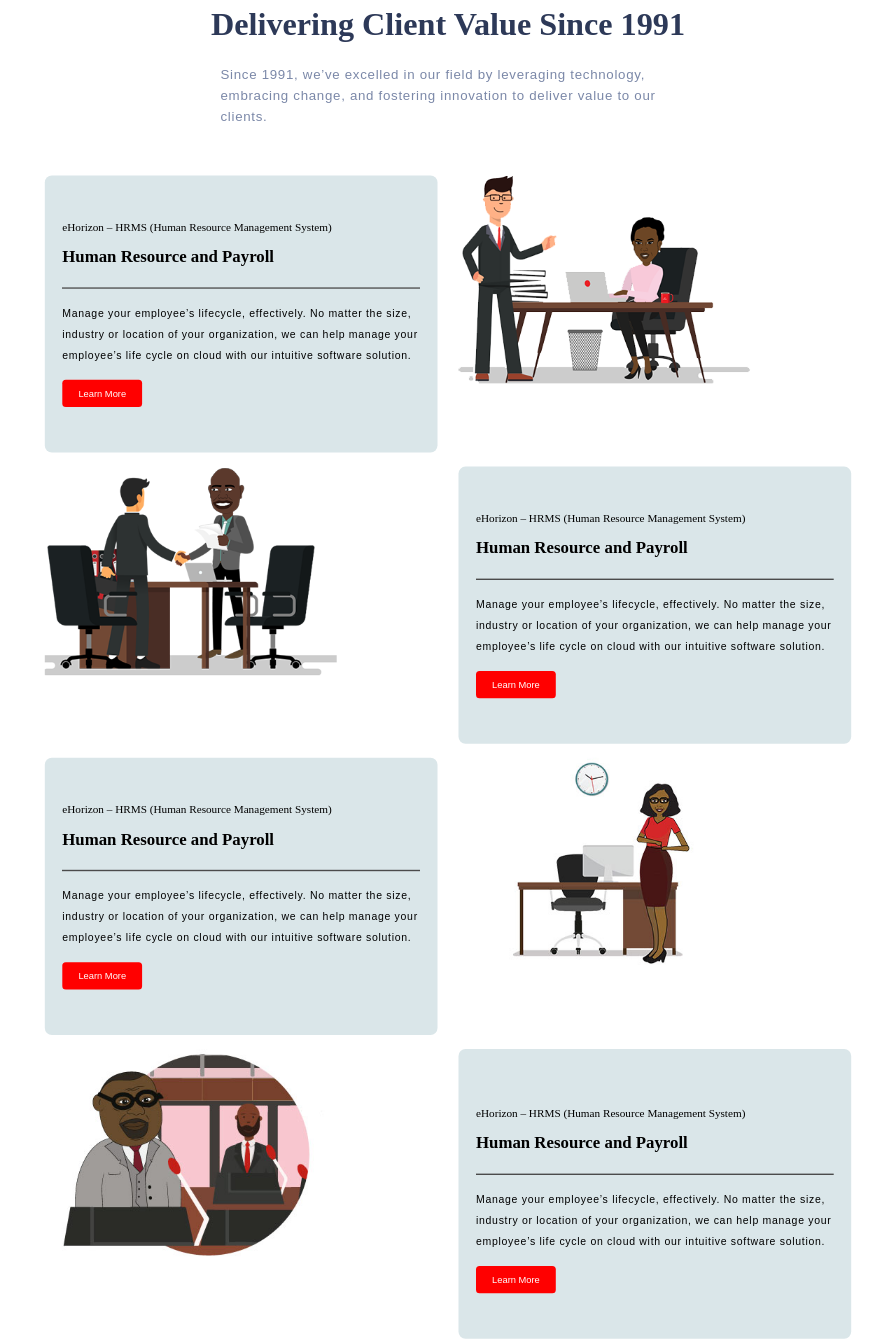
Repository: Kaleidiana/IST
Page: home.html
These files come from the project's save history. The page is drawn as it stood at one moment and after a run of saves; the edit follows.
The browser window is 1280 px wide. The pictures show the part of the page from y = 722 to 2642 px (the page is 4430 px tall before and 5246 px after), at 70% of full size.

Above is the page before, as saved 2024-03-20 12:12:32.

### home.html
<!DOCTYPE html>
<html lang="en">

<head>
    <meta charset="UTF-8">
    <meta name="viewport" content="width=device-width, initial-scale=1.0">
    <title>Document</title>
    <link rel="stylesheet" href="home.css">
    <link rel="stylesheet" href="https://cdnjs.cloudflare.com/ajax/libs/font-awesome/6.5.1/css/all.min.css" integrity="sha512-DTOQO9RWCH3ppGqcWaEA1BIZOC6xxalwEsw9c2QQeAIftl+Vegovlnee1c9QX4TctnWMn13TZye+giMm8e2LwA==" crossorigin="anonymous" referrerpolicy="no-referrer"
    />
</head>

<body>
    <!--------home section -->
    <div id="home">
        <div class="container">
            <div class="header">
                <nav>
                    <img class="logo" src="./images/logo.png" alt="">
                    <ul>
                        <li><a style="color: red;" href="#">Home</a></li>
                        <li><a href="#">About Us</a></li>
                        <li>
                            <a href="#">Our products</a>
                            <ul class="dropdown">
                                <li><a href="#">Managing people</a></li>
                                <li><a href="#">Managing resources</a></li>
                                <li><a href="#">Managing </a></li>
                                <li><a href="#">Governance</a></li>
                            </ul>
                        </li>
                        <li><a href="contact.html">Contact</a></li>
                        <li><a class="demmo" href="#">Request Demo</a></li>
                    </ul>
                </nav>

                <div class="home-content">
                    <div class="home-texts">
                        <h1>Growing with <span>Clients</span></h1>
                        <p>We work in a data-centric world. What if we could help you translate your organization’s data into valuable insights that could help you manage people, processes and governance better?</p>
                        <button>Learn More</button>
                    </div>
                    <div class="the-image">
                        <img src="./images/happy.png" alt="">
                    </div>
                </div>
            </div>
        </div>
    </div>

    <div id="about">
        <div class="header2-content">
            <h1>Delivering Client Value Since 1991</h1>
            <p>Since 1991, we’ve excelled in our field by leveraging technology, embracing change, and fostering innovation to deliver value to our clients.</p>
        </div>

        <div class="about-content">
            <div class="text">
                <p>eHorizon – HRMS (Human Resource Management System)</p>
                <h2>Human Resource and Payroll</h2>
                <hr>
                <p class="main-text">Manage your employee’s lifecycle, effectively. No matter the size, industry or location of your organization, we can help manage your employee’s life cycle on cloud with our intuitive software solution.
                </p>
                <button>Learn More</button>
            </div>
            <div class="image-content">
                <img src="images/one.png" alt="">
            </div>
            <div class="image-content">
                <img src="images/two.png" alt="">
            </div>
            <div class="text">
                <p>eHorizon – HRMS (Human Resource Management System)</p>
                <h2>Human Resource and Payroll</h2>
                <hr>
                <p class="main-text">Manage your employee’s lifecycle, effectively. No matter the size, industry or location of your organization, we can help manage your employee’s life cycle on cloud with our intuitive software solution.
                </p>
                <button>Learn More</button>
            </div>

            <div class="text">
                <p>eHorizon – HRMS (Human Resource Management System)</p>
                <h2>Human Resource and Payroll</h2>
                <hr>
                <p class="main-text">Manage your employee’s lifecycle, effectively. No matter the size, industry or location of your organization, we can help manage your employee’s life cycle on cloud with our intuitive software solution.
                </p>
                <button>Learn More</button>
            </div>
            <div class="image-content">
                <img src="images/Betty-eBoard.jpg" alt="">
            </div>
            <div class="image-content">
                <img src="images/4.jpg" alt="">
            </div>
            <div class="text">
                <img src="" alt="">
                <p>eHorizon – HRMS (Human Resource Management System)</p>
                <h2>Human Resource and Payroll</h2>
                <hr>
                <p class="main-text">Manage your employee’s lifecycle, effectively. No matter the size, industry or location of your organization, we can help manage your employee’s life cycle on cloud with our intuitive software solution.
                </p>
                <button>Learn More</button>
            </div>
        </div>
    </div>
    <!---------product section------->
    <div id="product">
        <h1>Download Our Brochures</h1>
        <div class="product-images">
            <div>
                <h4 class="try">Board Management System</h4>
                <button class="btnn">Download</button>
            </div>
            <div>
                <h4 class="try">eParliament</h4>

                <button class="btnn">Download</button>
            </div>
            <div>
                <h4 class="try">Contract Lifecycle Management</h4>
                <img src="./images/Contract..png" alt="">
                <button class="btnn">Download</button>
            </div>
            <div>
                <h4 class="try">Human Resource and Payroll</h4>
                <img src="./images/contact2.png" alt="">
                <button class="btnn">Download</button>
            </div>
        </div>

    </div>
    <div class="down-side">
        <h1>Ready to enhance board productivity and decision-making?<br> Request a demo <span style="color: red;">today</span></h1>
        <button>I Am Ready</button>
    </div>

    <div id="request">
        <div class="left-side">
            <img class="" src="logo.png" alt="">
            <p>Download Our Apps</p>
            <button>App Store</button>
            <button>App Play</button>
        </div>
        <div class="horizontal-line">

        </div>
        <div class="right-side">
            <div>
                <h4>Products</h4>
                <p>eHorizon eBoard</p>
                <p>eHorizon eParliament</p>
                <p>eHorizon HRMS</p>
                <p>eHorizon Mkataba</p>
            </div>

            <div>
                <h4>Company</h4>
                <p>Home</p>
                <p>About STL</p>
                <p>Contact Us</p>
                <p>Security</p>
            </div>

            <div>
                <h4>Discover</h4>
                <p>Blog</p>
                <p>Partners</p>
                <p>CRS</p>
                <p>Career Opportunities</p>
            </div>
        </div>
    </div>
    <hr>
    <div class="foot">
        <div class="copy-write">
            <p>©1991-2024 Software Technologies Ltd. All Rights Reserved | Privacy Policy | Terms & Conditions</p>
        </div>

        <div class="icons">
            <i class="fa-brands fa-linkedin"></i>
            <i class="fa-brands fa-twitter"></i>
            <i class="fa-brands fa-facebook"></i>
        </div>
    </div>
</body>

</html>

### home.css
* {
    margin: 0;
    padding: 0;
    box-sizing: border-box;
}

.header {
    width: 100%;
    background: radial-gradient(closest-side at 1050px 250px, red, black);
    color: #fff;
}

nav {
    display: flex;
    justify-content: space-between;
    align-items: center;
}

#home {
    padding: 10px 5%;
    width: 100%;
    height: 100vh;
    background-color: black;
}

ul {
    list-style: none;
}

ul li {
    display: inline-block;
    position: relative;
}

ul li a {
    display: block;
    padding: 15px 20px;
    color: #fff;
    text-decoration: none;
    text-align: center;
}

ul li ul.dropdown li a {
    color: black;
}

ul li ul.dropdown li {
    display: block;
}

ul li ul.dropdown {
    width: 100%;
    position: absolute;
    display: none;
}

ul li:hover ul.dropdown {
    display: block;
    background-color: #fff;
    width: 250px;
    border-radius: 10px;
}

.logo {
    width: 200px;
}

.demmo {
    background-color: red;
    color: #fff;
    padding: 12px 18px;
    border: none;
    border-radius: 5px;
    font-family: sans-serif;
}

.the-image img {
    width: 430px;
    margin-top: 10%;
}

.home-content {
    display: flex;
    justify-content: space-between;
}

.home-texts {
    flex-basis: 60%;
}

.home-content p {
    line-height: 30px;
    letter-spacing: 1px;
    font-size: 18px;
    font-family: sans-serif;
    font-weight: 300;
    margin-bottom: 40px;
}

.home-content h1 {
    font-size: 60px;
    margin-bottom: 40px;
}

.home-content span {
    color: red;
}

.home-content button {
    background-color: white;
    color: red;
    padding: 14px 20px;
    border: none;
    border-radius: 5px;
    font-family: sans-serif;
    font-size: 18px;
}


/*-------ABOUT SECTION --------*/

#about {
    padding: 10px 5%;
}

.about-content {
    display: grid;
    grid-template-columns: 1fr 1fr;
    column-gap: 30px;
    row-gap: 20px;
    margin-top: 6%;
}

.text {
    background-color: #DAE6E9;
    padding: 65px 25px;
    border-radius: 10px;
}

.text p {}

.main-text {
    font-size: 15px;
    margin-top: 20px;
    letter-spacing: 1px;
    line-height: 30px;
    font-family: sans-serif;
}

.text h2 {
    margin-top: 20px;
    margin-bottom: 30px;
}

.image-content img {}

.text button {
    margin-top: 20px;
    background-color: red;
    border: none;
    padding: 12px 23px;
    color: white;
    border-radius: 5px;
}

.header2-content {
    display: flex;
    align-items: center;
    justify-content: center;
    flex-direction: column;
}

.header2-content h1 {
    padding-left: 0px;
    font-size: 46px;
    margin-bottom: 30px;
    color: #2d3958;
}

.header2-content p {
    width: 650px;
    color: #7b88a8;
    font-size: 19px;
    line-height: 30px;
    letter-spacing: 1px;
    font-family: sans-serif;
    font-weight: 200;
}

hr {
    color: black;
    border: solid 0.6px;
}


/*-----------PRODUCT SECTION______*/

#product {
    padding: 10px 8%;
    width: 100%;
    height: 100vh;
    display: flex;
    align-items: center;
    flex-direction: column;
}

.product-images img {
    width: 100%;
}

.product-images {
    display: grid;
    grid-template-columns: 1fr 1fr 1fr 1fr;
    column-gap: 25px;
}

.product-images div {
    position: relative;
    padding-top: 60px;
    width: 240px;
    height: 400px;
    padding-left: 20px;
    padding-right: 20px;
    box-shadow: 0 6px 10px rgba(0, 0, 0, .5);
}

.btnn {
    font-size: 17px;
    position: absolute;
    bottom: 15px;
    left: 50%;
    transform: translate(-50%);
    width: 130px;
    background-color: red;
    color: white;
    border: none;
    padding: 8px;
}

i {
    background-color: #fff;
}

#product h1 {
    margin-top: 8%;
    color: #2d3958;
    margin-bottom: 20px;
    font-size: 40px;
    font-weight: 900;
}

.try {
    white-space: nowrap;
    top: 20px;
    left: 50%;
    transform: translate(-50%);
    position: absolute;
    color: #2d3958;
}

.down-side {
    width: 100%;
    height: 50vh;
    background-color: #DAE6E9;
    border-radius: 60px 60px 0 0;
    display: flex;
    justify-content: center;
    align-items: center;
    text-align: center;
    flex-direction: column;
}

.down-side h1 {
    color: #2d3958;
}

.down-side button {
    margin-top: 4%;
    width: 140px;
    height: 50px;
    background-color: red;
    color: #fff;
    border: none;
    font-size: 18px;
    letter-spacing: 1px;
    border-radius: 50px;
    padding: 5px;
}


/*--------request demo section------*/

#request {
    padding: 10px 5%;
    width: 100%;
    height: 70vh;
    background-color: #353535;
    display: flex;
    justify-content: space-between;
    color: #fff;
}

.left-side p {
    margin-top: 10px;
    margin-bottom: 20px;
    font-family: sans-serif;
    letter-spacing: 1px;
}

.left-side button {
    background-color: #353535;
    width: 160px;
    height: 55px;
    border: none;
    font-size: 16px;
    box-shadow: 4px 4px rgba(0, 0, 0, .3), -4px -4px rgba(0, 0, 0, .3);
    color: rgb(186, 186, 186);
    border-radius: 8px;
    margin: 10px;
}

.right-side {
    display: flex;
    font-size: 15px;
    margin-top: 5%;
}

.right-side div {
    margin: 35px;
}

.right-side h4 {
    margin-bottom: 20%;
}

.right-side p {
    line-height: 34px;
    color: rgb(143, 140, 140);
}

.horizontal-line {
    width: 1px;
    background-color: darkgray;
    height: 60vh;
    margin-top: 30px;
}

.foot {
    display: flex;
    justify-content: space-between;
    align-items: center;
    padding: 10px 5%;
    width: 100%;
    background-color: #353535;
    color: white;
    height: 200px;
}

.icons i {
    margin: 10px;
    color: black;
    padding: 5px;
}

hr {
    border: 0.01px solid;
    color: rgb(75, 75, 75);
}

.tag {
    margin-right: 100%;
}

After the next 3 saves:
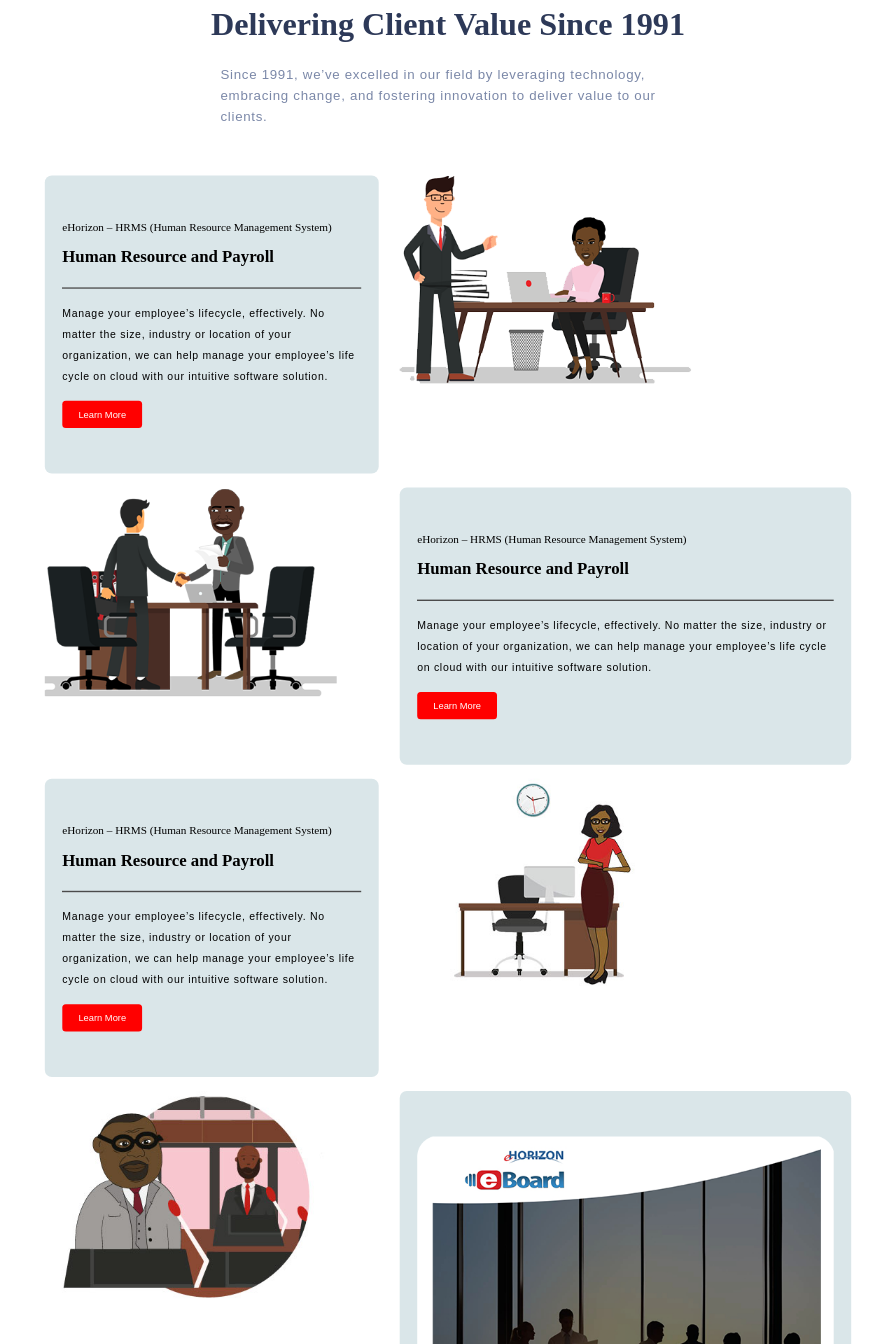
The 3 saves are shown as one change because they came seconds apart.
The last was saved 4 min 24 s later.
--- a/home.html
+++ b/home.html
@@ -93,7 +93,7 @@
                 <img src="images/4.jpg" alt="">
             </div>
             <div class="text">
-                <img src="" alt="">
+                <img src="images/board1.png" alt="">
                 <p>eHorizon – HRMS (Human Resource Management System)</p>
                 <h2>Human Resource and Payroll</h2>
                 <hr>
